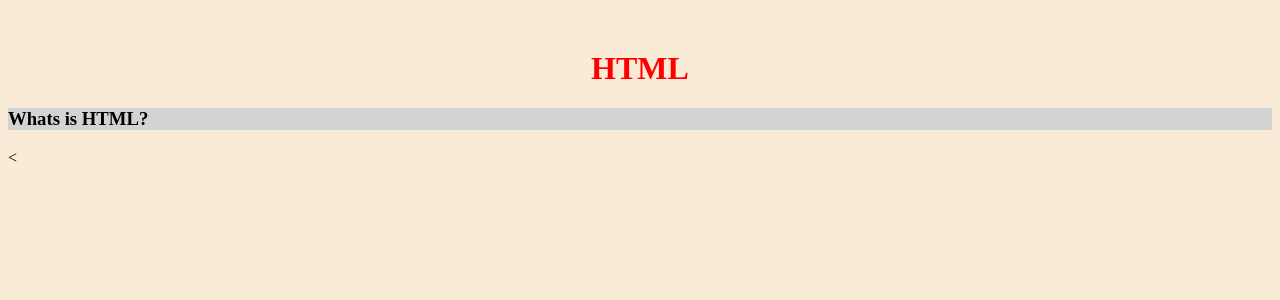
Repository: SharonSebastian32/Assignkments-9
Page: index.html
The author's editor kept a copy of each file at every save. The page is drawn from the files as they stood at one save, then again after the next save.
The browser window is 1280 px wide. The pictures show the whole page.

Above is the page before, as saved 2024-09-21 20:08:03.

After the next save:
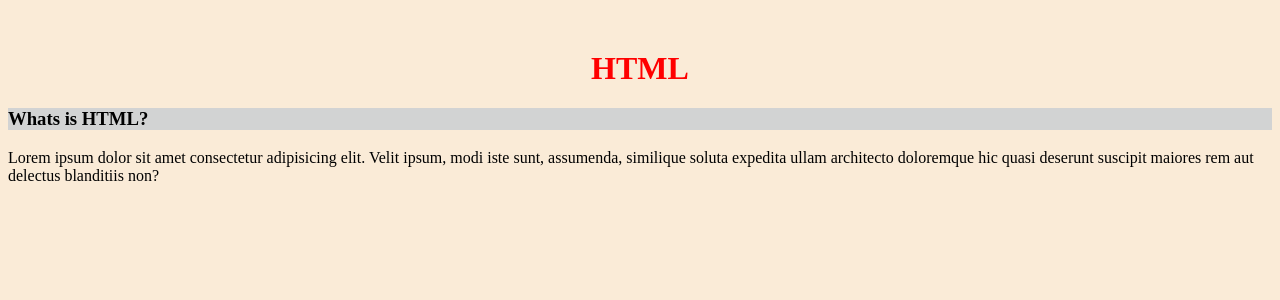
Saved 6 s later.
--- a/index.html
+++ b/index.html
@@ -26,7 +26,9 @@
 
 
 
-    <</p>
+    <div>
+        <p>Lorem ipsum dolor sit amet consectetur adipisicing elit. Velit ipsum, modi iste sunt, assumenda, similique soluta expedita ullam architecto doloremque hic quasi deserunt suscipit maiores rem aut delectus blanditiis non?</p>
+    </div>
 
 
 
